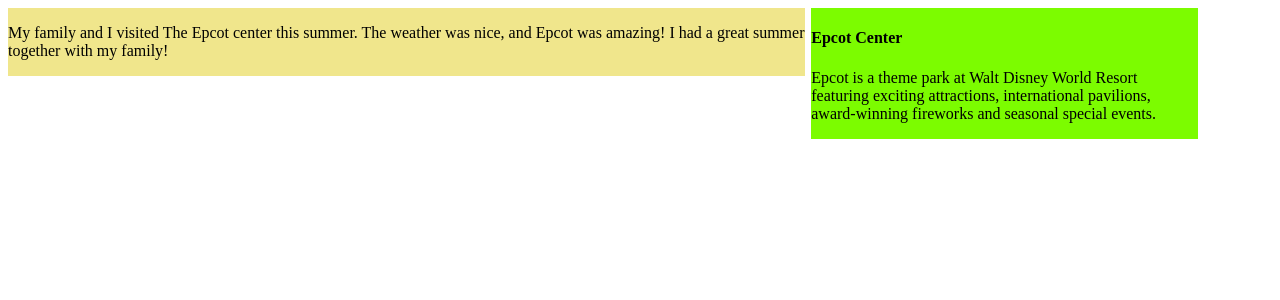
Repository: bjnabs/mws-workshop01
Page: index.html
An editor plug-in stored every save of this project. The page is shown before and after the next save, followed by the edit.
The browser window is 1280 px wide. The pictures show the whole page.

Above is the page before, as saved 2020-07-04 09:55:55.

After the next save:
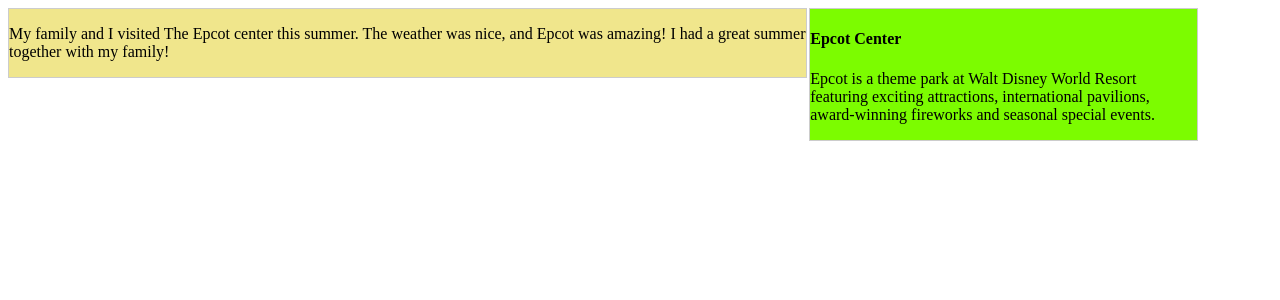
Saved 26 s later.
--- a/css/mobile-first.css
+++ b/css/mobile-first.css
@@ -5,6 +5,7 @@
 section,
 aside {
   margin: 0;
+  border: solid 1px #cccccc;
 }
 section {
   float: left;
